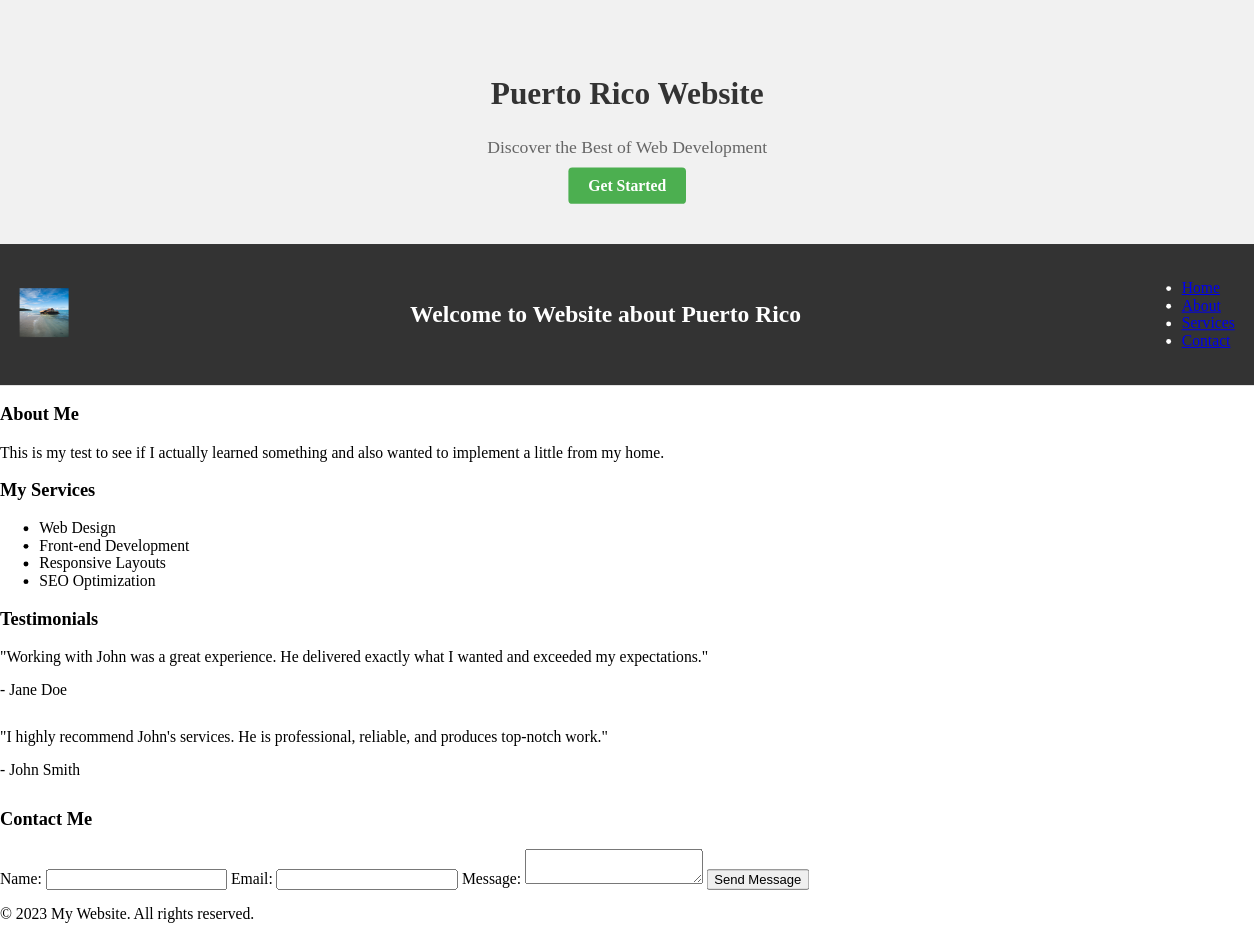
Repository: HeliosAI9/First-test-website
Page: mywebsite/index.html
These files come from the project's save history. The page is drawn as it stood at one moment and after the next save; the edit follows.
The browser window is 1280 px wide. The pictures show the whole page, at 98% of full size.
Pictures or frames that could not be fetched are drawn as grey boxes.

Above is the page before, as saved 2023-07-03 07:57:10.
Console error: TypeError: Cannot read properties of null (reading 'addEventListener')

After the next save:
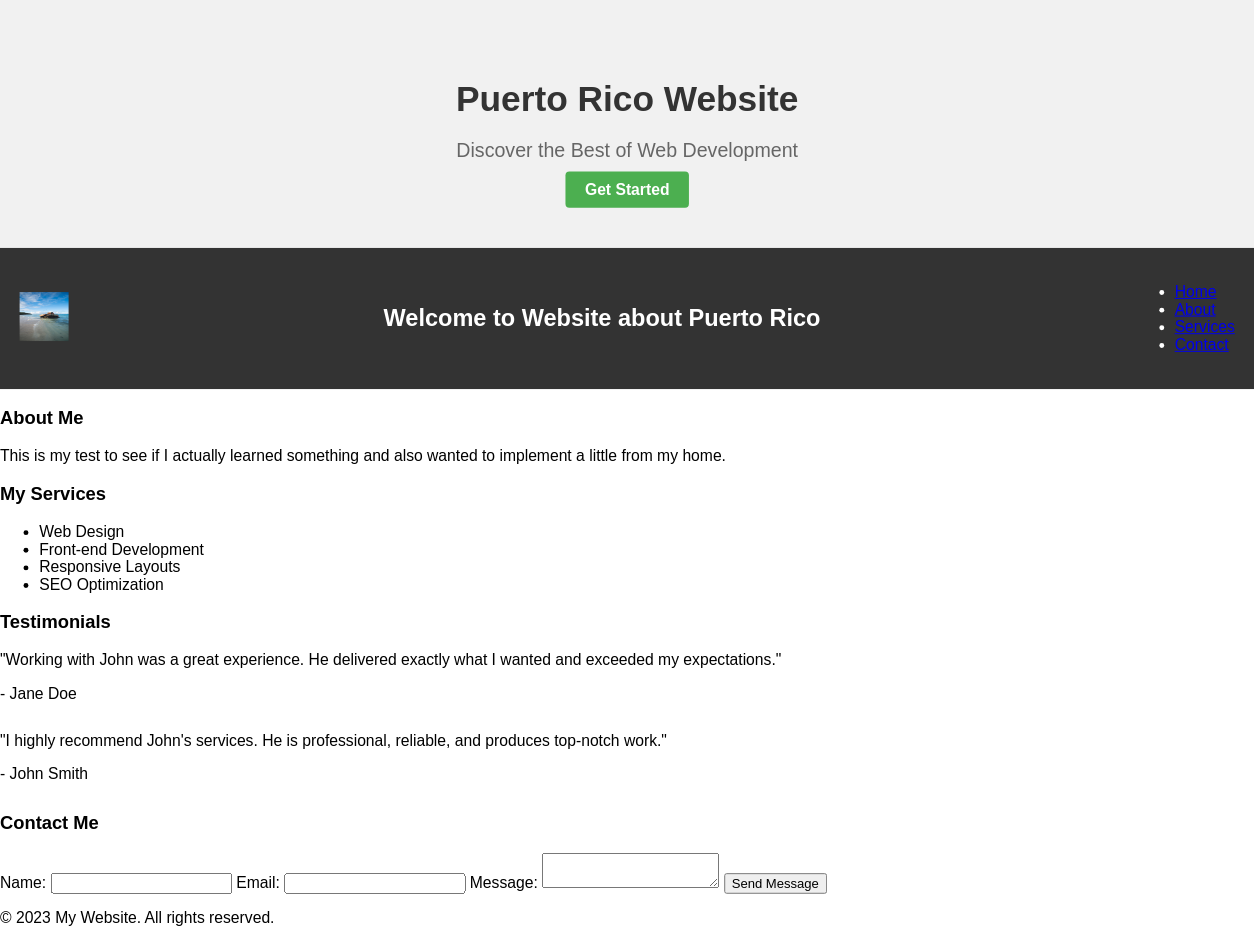
Saved 3 min 4 s later.
--- a/mywebsite/style.css
+++ b/mywebsite/style.css
@@ -1,8 +1,8 @@
-/* Basic styles for the background container */
 /* Global styles */
 body {
     margin: 0;
     padding: 0;
+    font-family: Arial, sans-serif;
   }
 
   /* Background container */
@@ -44,12 +44,13 @@ body {
   }
 
   .hero-title {
-    font-size: 32px;
+    font-size: 36px;
     color: #333;
+    margin-bottom: 10px;
   }
 
   .hero-subtitle {
-    font-size: 18px;
+    font-size: 20px;
     color: #666;
     margin-bottom: 20px;
   }
@@ -61,6 +62,11 @@ body {
     text-decoration: none;
     border-radius: 4px;
     font-weight: bold;
+    transition: background-color 0.3s ease;
+  }
+
+  .hero-button:hover {
+    background-color: #45a049;
   }
 
   /* Features section */
